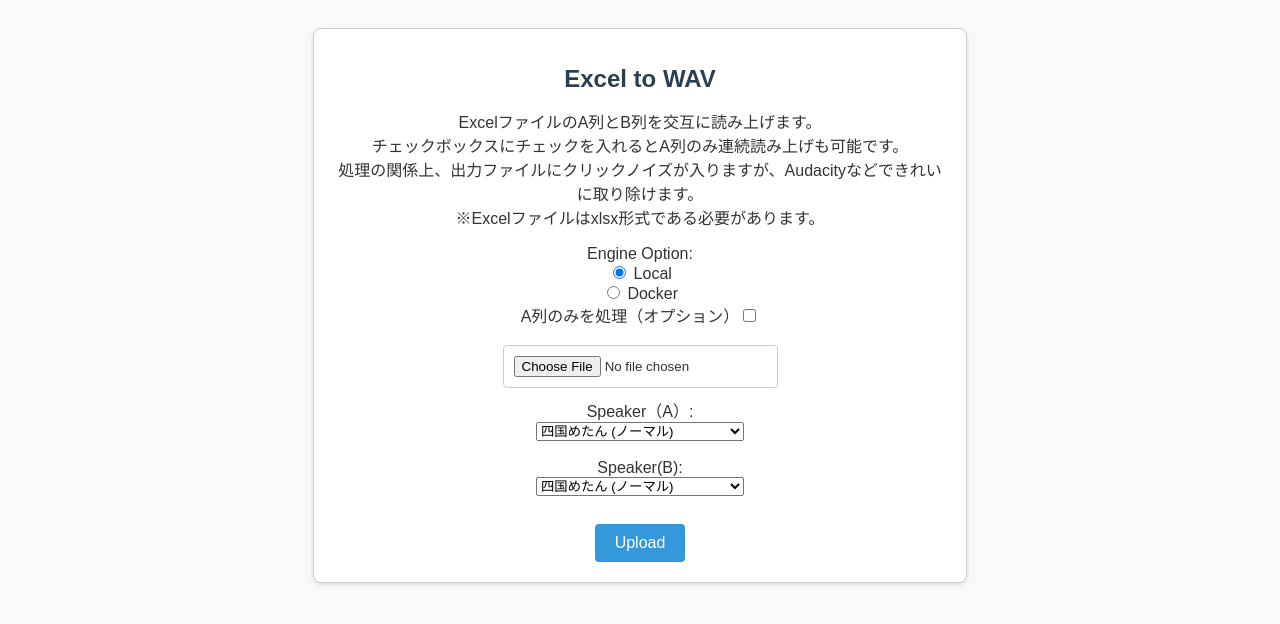
Repository: limonene213u/Excel-to-VOICE
Page: http://localhost/
The author's editor kept a copy of each file at every save. The page is drawn from the files as they stood at one save, then again after the next save.
The browser window is 1280 px wide. The pictures show the whole page.
The page is served by the project's application, run on Flask 3 (volume/app.py).

Above is the page before, as saved 2023-10-11 10:45:47.

After the next save:
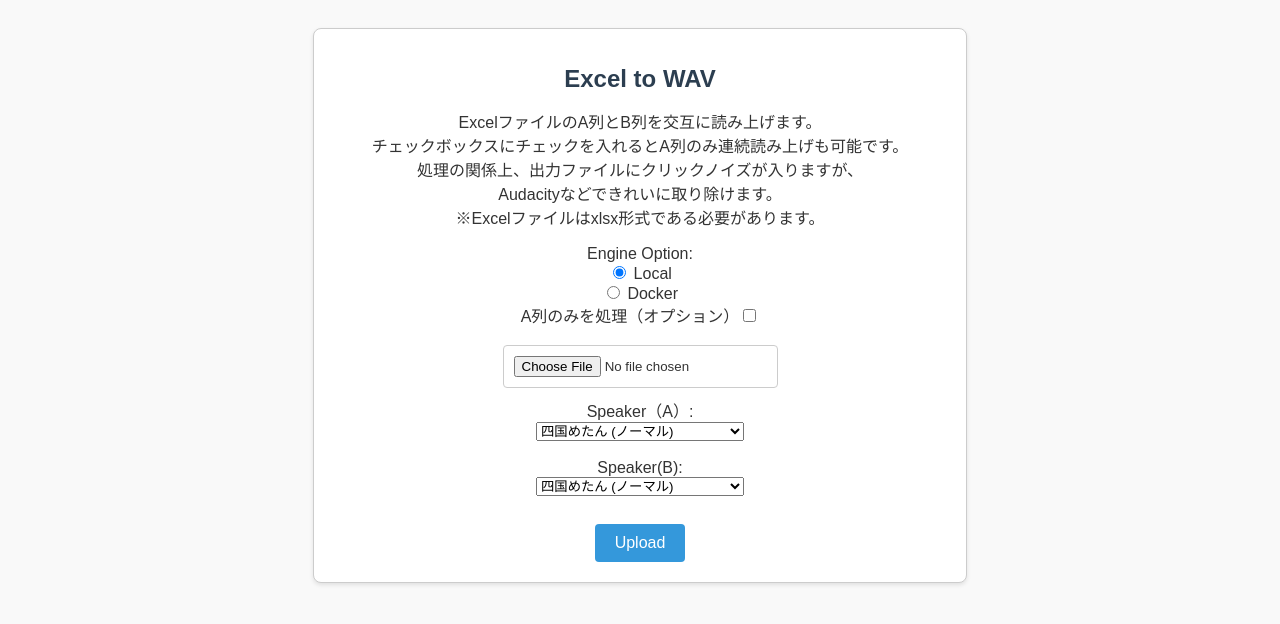
Saved 17 s later.
--- a/volume/templates/index.html
+++ b/volume/templates/index.html
@@ -52,7 +52,8 @@
         <h1>Excel to WAV</h1>
         <p style="text-align: center;">ExcelファイルのA列とB列を交互に読み上げます。</br>
             チェックボックスにチェックを入れるとA列のみ連続読み上げも可能です。<br>
-        処理の関係上、出力ファイルにクリックノイズが入りますが、Audacityなどできれいに取り除けます。</br>
+        処理の関係上、出力ファイルにクリックノイズが入りますが、<br>
+        Audacityなどできれいに取り除けます。</br>
         ※Excelファイルはxlsx形式である必要があります。</p>
     <form action="/upload" method="post" enctype="multipart/form-data">
         <label for="engine-option">Engine Option:</label><br>
